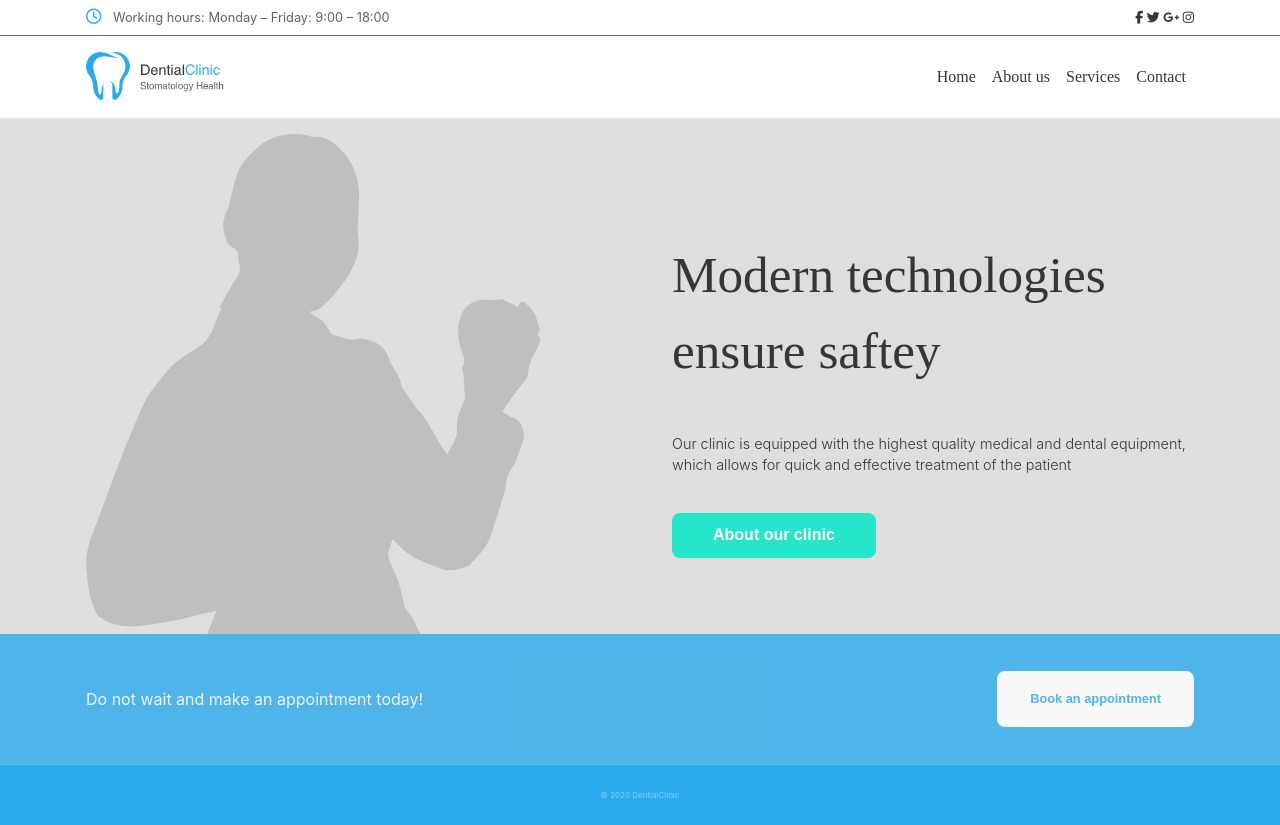
Repository: skepp4rn/uppgift1
Page: index.html
These files come from the project's save history. The page is drawn as it stood at one moment and after the next save; the edit follows.
The browser window is 1280 px wide. The pictures show the whole page.
Some web libraries are served in a nearby version.

Above is the page before, as saved 2020-12-03 15:14:17.

### index.html
<!DOCTYPE html>
<html lang="en">
<head>
    <meta charset="UTF-8">
    <meta name="viewport" content="width=device-width, initial-scale=1.0">
    <title>Document</title>

    <script src="https://kit.fontawesome.com/0abbda2fd3.js" crossorigin="anonymous"></script>
    <link rel="stylesheet" href="style.css">
</head>
<body>

    <nav class="navbar-top collapse">
        <div class="container">
            <div class="hours">
                <i class="far fa-clock"></i>
                Working hours: Monday – Friday: 9:00 – 18:00
            </div>
            <div class="#">
                <a href="#"><i class="fab fa-facebook-f"></i></a>
                <a href="#"><i class="fab fa-twitter"></i></a>
                <a href="#"><i class="fab fa-google-plus-g"></i></a>
                <a href="#"><i class="fab fa-instagram"></i></a>
            </div>
        </div>
    </nav>

    <nav class="navbar ">
        <div class="container">
            <a class="navbar-brand" href="#" >
                <img src="images/Logo.png" alt="">
            </a>
            <button class="navbar-toggler">
                <i class="fas fa-bars"></i>
            </button>
            <div class="collapse navbar-collapse">
                <div class="navbar-nav">
                    <a class="nav-link" href="#">Home</a>
                    <a class="nav-link" href="#">About us</a>
                    <a class="nav-link" href="#">Services</a>
                    <a class="nav-link" href="#">Contact</a>
                </div>
            </div>
        </div>
    </nav>

    <section id="showcase" class="bg-gray">
        <div class="container">
            <img src="images/placehold-girl.svg" alt="">
            <div class="content-box">
                <div class="content">
                    <h1>Modern technologies ensure saftey</h1>
                    <p>Our clinic is equipped with the highest quality medical and dental equipment, which allows for quick and effective treatment of the patient</p>
                    <button class="btn btn-green">About our clinic</button>
                </div>
            </div>
        </div>
    </section>












   <div class="grid">
        <section id="appointment" class="bg-gray">
            <div class="bg-blue overlay">
                <div class="container">
                    <div class="center-content">
                        <p>Do not wait and make an appointment today!</p>
                        <button>Book an appointment</button>
                    </div>
                </div>
            </div>
        </section>
        <footer class="d-flex justify-content-center bg-blue">
            <p>© 2020 DentialClinic</p>
        </footer>
    </div>

</body>
</html>

### style.css
* {
    box-sizing: border-box;
}

html, body {
    font-weight: 400;
    font-family: -apple-system, BlinkMacSystemFont, 'Segoe UI', Roboto, Oxygen, Ubuntu, Cantarell, 'Open Sans', 'Helvetica Neue', sans-serif;
    line-height: 1.5;
    font-size: 16px;
    margin: 0;
    padding: 0;
    color: #626262;
}

.container {
    width: 100%;
    padding: 0 1rem;
    margin: 0 auto;
}

.border {
    border: 1px solid black;
}

a {
    color: #363636;
    text-decoration: none;
    background-color: transparent;
}

a:hover {
    color: #25E6C8;
}

.bg-dark {
   background: #333333;
   color: #ffffff;
}

.bg-light {
    background: #f7f7f7;
    color: #333333;
}

.bg-gray {
    background-color: #DEDEDE;

}



.btn {
    display: inline-block;
    font-weight: 400;
    text-align: center;
    vertical-align: middle;
    padding: 0.80rem 2.5rem;
    border-radius: 0.5rem;
    border: 1px solid transparent;
    background-color: transparent;
    font-size: 1rem;

}

.btn-green {
    color: #ffffff;
    background-color: #25E6C8;
    font-weight: bold;
    margin-top: 1.4rem;
    border-radius: 0.5rem;

}

.btn-green:hover {
    cursor: pointer;
    background-color: #2BAAEC;
}



.collapse:not(.show) {
    display: none;
}

.container {
    width: 100%;
    padding: 0 1rem;
    margin: 0 auto;
}

.navbar-top {
    border-bottom: 1px solid #707070;
}

.navbar, .navbar-top {
    display: flex;
    justify-content: space-between;
    padding: 0.5rem 1rem;
}

.navbar .container, .navbar-top .container {
    display: flex;
    justify-content: space-between;
    align-items: center;
}

.navbar-top .container {
    font-size: 0.8rem;
}

.navbar-top .container .hours {
    color:#626262;
}

.navbar-top .container .hours i {
    color: #2BAAEC;
    margin-right: 0.5rem;
    font-size: 1.2em;
}

.navbar-top .container .socialmedia a {
    margin: 0 0.5rem;

}

.navbar-brand {
    display: inline-block;
    font-size: 1.5rem;
    color: black;
    margin-right: 1rem;
}

.navbar-brand img {
    height: 3rem;
    margin-top: 0.5rem;
}


.navbar-toggler {
    font-size: 2.5rem;
    color:#2BAAEC;
    background-color: transparent;
    border: 1px solid transparent;
}

.navbar-collapse {
    align-items: center;
}

.navbar-nav {
    display: flex;
    flex-direction: column;
    font-family: 'Roboto Slab', serif;

}

.nav-link {
    padding: 0;
    text-decoration: none;
}



#showcase .container {
    display: grid;
    grid-template-columns: 1fr 1fr;
    column-gap: 4rem;

    align-items: center;
}

#showcase .container img {
    height: 500px;
    margin-top: 1rem;


}

#showcase .container .content-box {
    align-self: center;
    color: #363636;
    font-weight: 300;
}

.content-box .content h1 {
    font-size: 3.2rem;
    font-family: 'Roboto Slab', serif;
    font-weight: 300;

}

.content-box .content p {
    font-size: 0.9rem;
}




.d-flex {
    display: flex;
}

.justify-content-center {
    justify-content: center;
}

#appointment {
    color: #f3fbff;
}


.overlay {
    opacity: 80%;
    background-color: #2BAAEC;
}

.center-content {
    display: block;
    text-align: center;
    padding: 2.5rem 0;
}

.center-content button {
    display: inline-block;
    vertical-align: middle;
    padding: 0.05rem 2rem;
    border-radius: 0.5rem;
    border: 1px solid transparent;
    background-color: white;
    color: #2BAAEC;
    font-weight: bold;
    font-size: 0.8rem;
}


footer {
    border-top: 1px solid rgb(255, 255, 255, 0.2);
    background-color: #2BAAEC;
    color: #fdfeff6e;
    text-align: center;
    padding: 1rem 0rem;
    font-size: 0.5rem;
}






@media (min-width: 768px) {
    .container {
        max-width: 720px;
    }

    .center-content {
        display: flex;
        justify-content: space-between;
        padding: 2.3rem 0;
    }
}

@media (min-width: 1920px) {
    .container {
        max-width: 1880;
    }
}




@media (min-width: 768px) {
    .nav-link {
        padding-right: 0.5rem;
        padding-left: 0.5rem;
    }

    .navbar-nav {
        flex-direction: row;
    }

    .navbar-toggler {
        display: none;
    }

    .collapse:not(.show) {
        display: flex;
    }

    .container {
        max-width: 720px;
    }

}

@media (min-width: 992px) {
    .container {
        max-width: 960px;
    }
}

@media (min-width: 1200px) {
    .container {
        max-width: 1140px;
    }
}

After the next save:
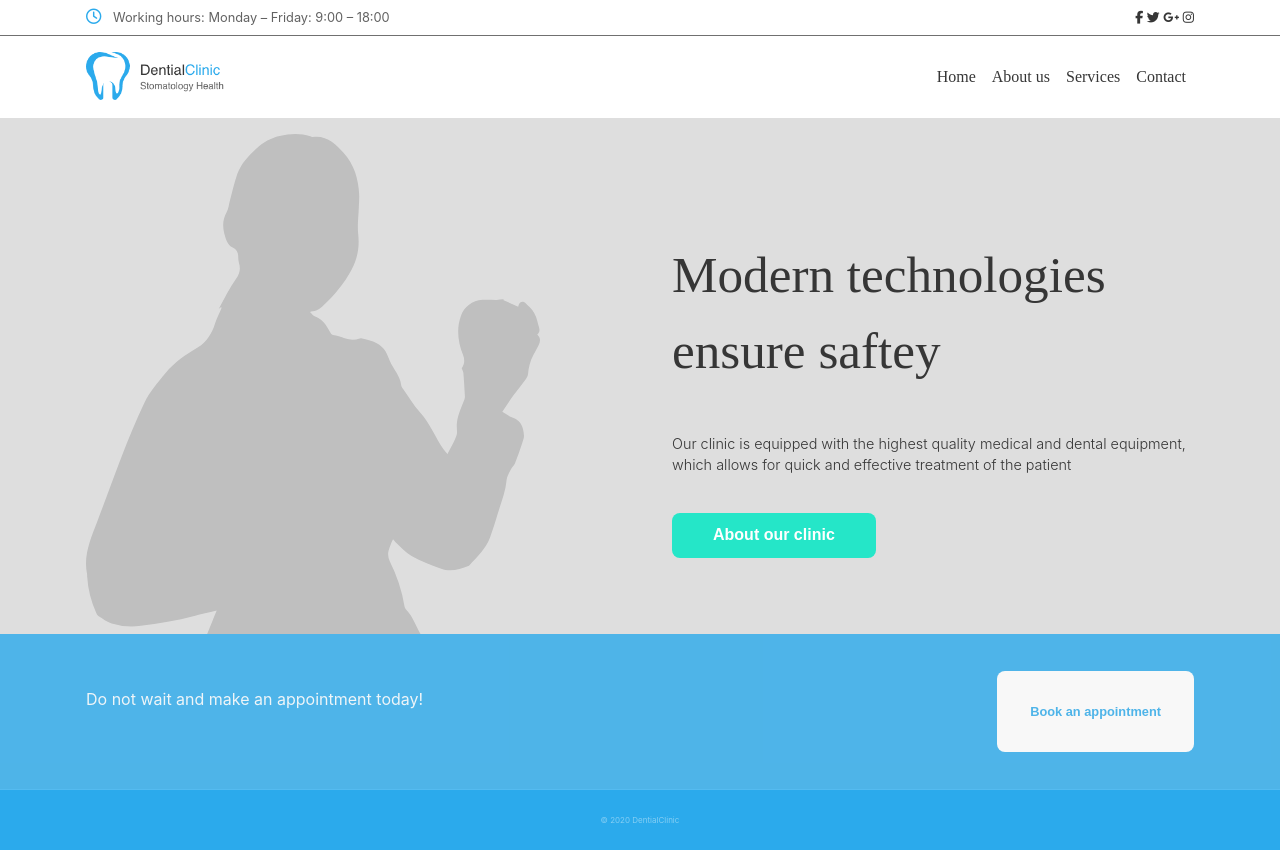
Saved 8 s later.
--- a/style.css
+++ b/style.css
@@ -223,7 +223,7 @@
 .center-content button {
     display: inline-block;
     vertical-align: middle;
-    padding: 0.05rem 2rem;
+    padding: 2rem 2rem;
     border-radius: 0.5rem;
     border: 1px solid transparent;
     background-color: white;

After the save that followed:
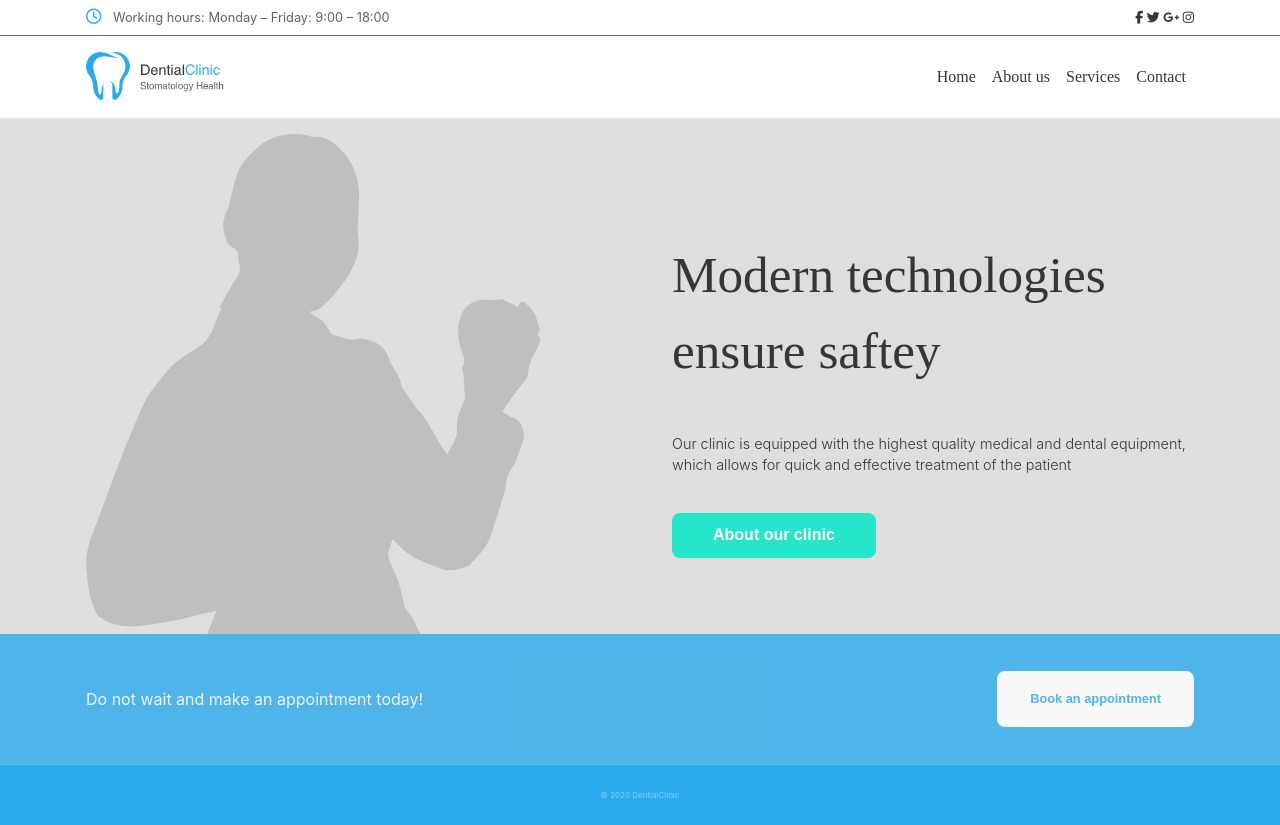
Saved 5 s later.
--- a/style.css
+++ b/style.css
@@ -223,7 +223,7 @@
 .center-content button {
     display: inline-block;
     vertical-align: middle;
-    padding: 2rem 2rem;
+    padding: 0.05rem 2rem;
     border-radius: 0.5rem;
     border: 1px solid transparent;
     background-color: white;
